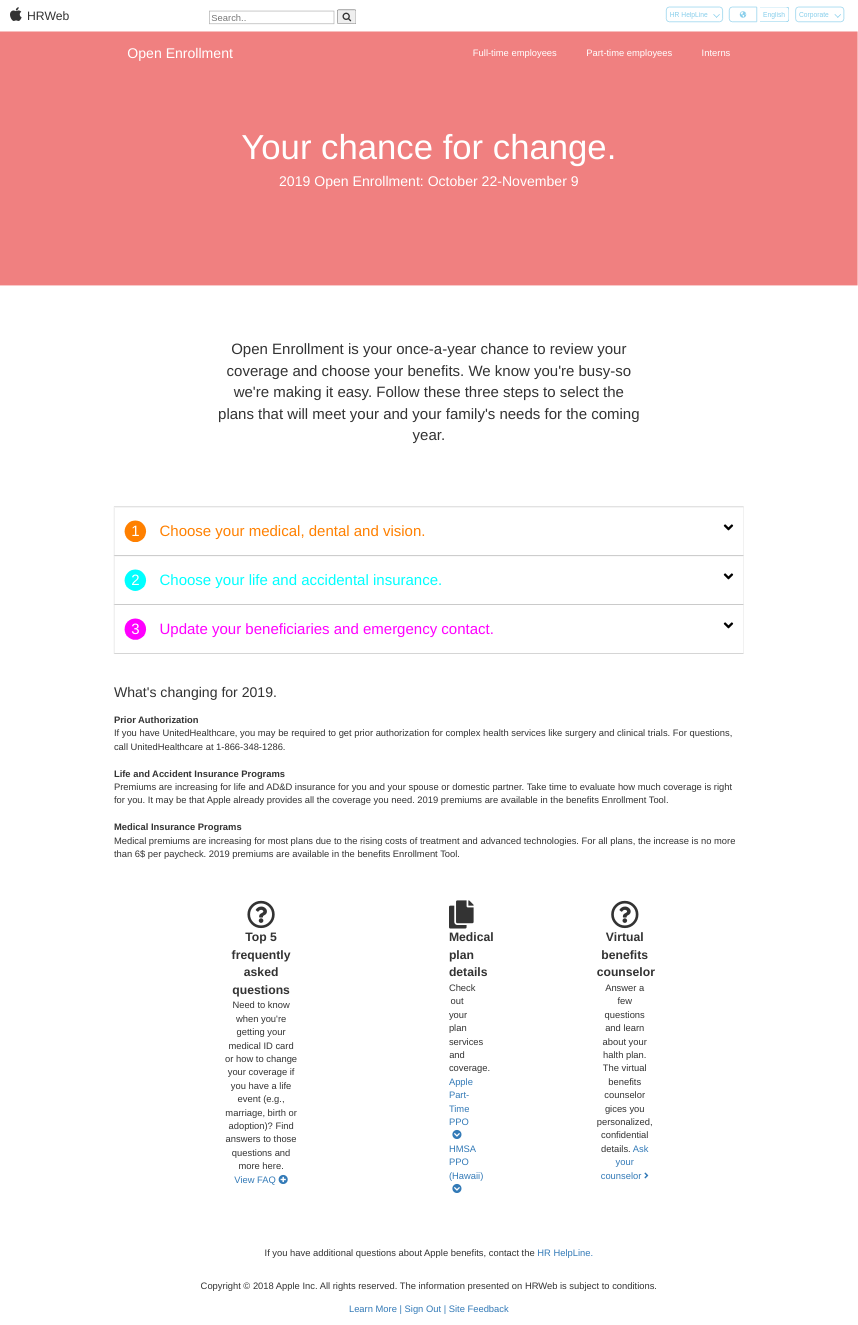
Repository: rmcc0724/templates
Page: index.html
The author's editor kept a record of every edit. The page is drawn from the files as they stood at one moment, then again after the next edit.
The browser window is 1280 px wide. The pictures show the whole page, at 67% of full size.
Some web libraries are served in a nearby version.

Above is the page before.

After the next edit:
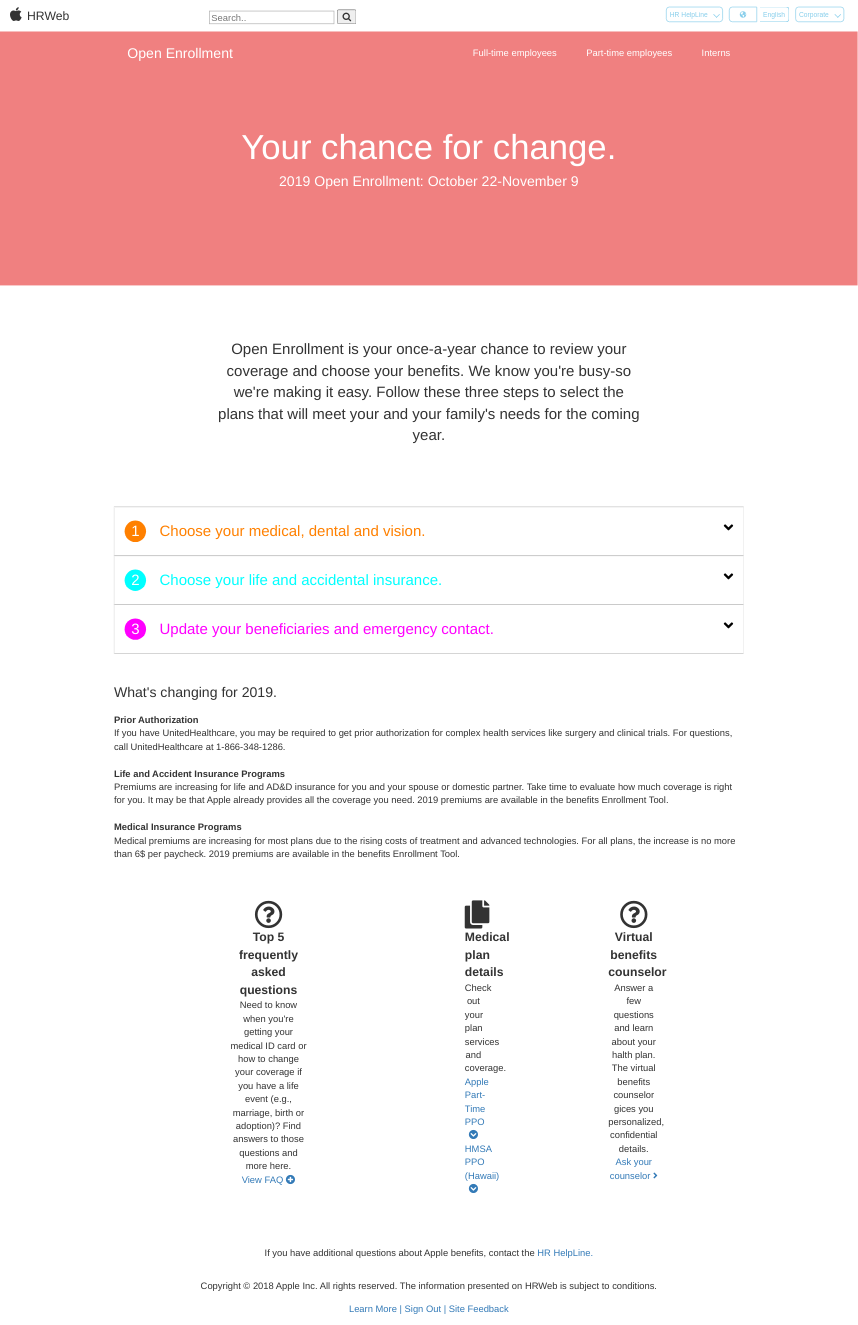
The edit:
--- a/index.html
+++ b/index.html
@@ -153,7 +153,7 @@
       <div class="faq">
         <p><i class="far fa-question-circle fa-3x"></i></p>
         <p class=bottom-title> <strong>Virtual benefits<br/>counselor</strong></p>
-        <p>Answer a few questions and learn about your halth plan. The virtual benefits counselor gices you personalized, confidential details.
+        <p>Answer a few questions and learn about your halth plan. The virtual benefits counselor gices you personalized, confidential details.<br/>
           <a href="#">Ask your counselor <i class="fas fa-angle-right"></i></a>
         </p>
       </div>
